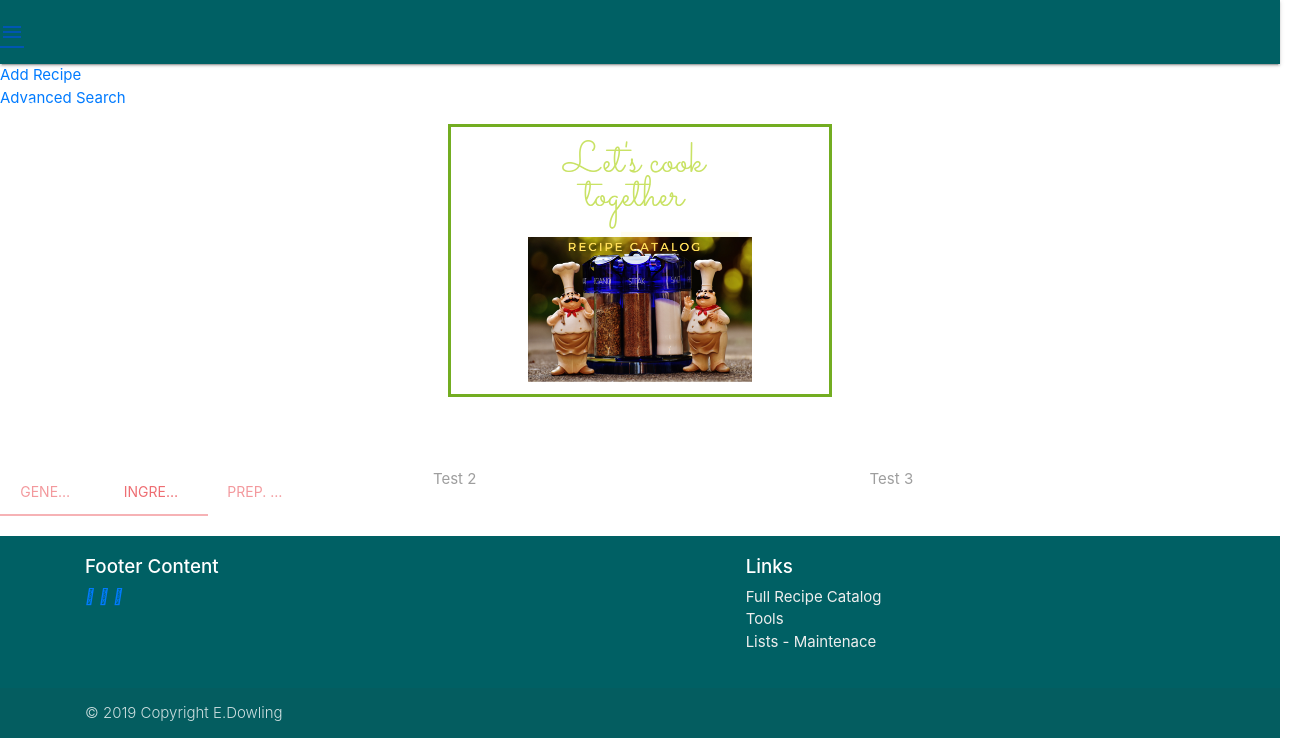
Repository: eldowling/lets-cook-together
Page: templates/recipe.html
The author's editor kept a record of every edit. The page is drawn from the files as they stood at one moment, then again after the next edit.
The browser window is 1280 px wide. The page is 1295 px wide, so the pictures cover 1295 px, including what lies to the right of the window. The pictures show the whole page.
Some web libraries are served in a nearby version. The page is served by the project's application, run on Flask 3 (app.py). The template is opened directly, without the code that normally fills it, so the values that code supplies are empty.

Above is the page before.
Console error: TypeError: $(...).collapsible is not a function

### templates/recipe.html
{% extends 'base.html'%} {% block content %}
<div class="row justify-content-center">
  <h2>{{ recipe.title }}</h2>
</div>
<div class="row">
    <div class="col s6 offset-s1">
        {{recipe.description}}
    </div>
</div>

<div class="row  grey-text">
    <div class="col s12">
      <ul class="tabs">
        <li class="tab col s3"><a href="#general">General</a></li>
        <li class="tab col s3"><a class="active" href="#ingredients">Ingredients</a></li>
        <li class="tab col s3 disabled"><a href="#test3">Prep. Steps</a></li>
      </ul>
    </div>
    <div id="general" class="col s12">Test 1</div>
    <div id="ingredients" class="col s12">Test 2</div>
    <div id="prep" class="col s12">Test 3</div>
  </div>


{% endblock %}

### templates/base.html
<!DOCTYPE html>
<html>

<head>
    <link href="https://fonts.googleapis.com/icon?family=Material+Icons" rel="stylesheet">
    <link rel="stylesheet" href="https://cdnjs.cloudflare.com/ajax/libs/materialize/0.100.2/css/materialize.min.css">
    <link rel="stylesheet" href="https://maxcdn.bootstrapcdn.com/bootstrap/4.0.0/css/bootstrap.min.css" integrity="sha384-Gn5384xqQ1aoWXA+058RXPxPg6fy4IWvTNh0E263XmFcJlSAwiGgFAW/dAiS6JXm" crossorigin="anonymous">
    <link rel="stylesheet" href="https://cdnjs.cloudflare.com/ajax/libs/font-awesome/4.7.0/css/font-awesome.min.css">
    <link rel="stylesheet" href="{{ url_for('static', filename='css/style.css') }}" type="text/css" />
</head>

<body>
    <header>
        <!-- Dropdown Structure -->
        <ul id="dropdown1" class="dropdown-content">
            <li><a href="#!">one</a></li>
            <li><a href="#!">two</a></li>
            <li class="divider"></li>
            <li><a href="#!">three</a></li>
        </ul>

        <nav>
            <div class="nav-wrapper cyan darken-4">

                <form>
                    <a href="#" data-target="mobile-demo" class="sidenav-trigger"><i class="material-icons">menu</i></a>
                    <div class="input-field inline ">
                        <input id="search" type="search" required>
                        <label class="label-icon" for="search"><i class="material-icons">search</i></label>
                        <i class="material-icons">close</i>
                    </div>
                    <ul id="nav-mobile" class="right hide-on-med-and-down">
                        <li><a href="addedit-recipe.html">Add Recipe</a></li>
                        <li><a class="dropdown-trigger" href="#!" data-target="dropdown1">Advanced Search<i class="material-icons right">arrow_drop_down</i></a></li>
                    </ul>

                </form>

            </div>
        </nav>

        <ul class="sidenav" id="mobile-demo">
            <li><a href="addedit-recipe.html">Add Recipe</a></li>
            <li><a href="badges.html">Advanced Search</a></li>
        </ul>


    </header>

    <div class="center">
            <img class="main-img" src="static/images/lets-cook-logo.png"></img>
    </div>
    <div> <BR> </div>

        {% block content %} {% endblock %}


    <footer class="page-footer cyan darken-4">
        <div class="container">
            <div class="row">
                <div class="col l6 s12">
                    <h5 class="white-text">Footer Content</h5>

                    <span class="grey-text text-lighten-4 ">
                        <a href="facebook.html"><i class="fab fa-facebook-square"></i></a>
                        <a href="twitter.html"><i class="fab fa-twitter-square"></i></a>
                        <a href="instagram.html"><i class="fab fa-instagram"></i></a>
                    </span>
                </div>
                <div class="col l4 offset-l2 s12">
                    <h5 class="white-text">Links</h5>
                    <ul>
                        <li><a class="grey-text text-lighten-3" href="{{url_for('get_catalog')}}">Full Recipe Catalog</a></li>
                        <li><a class="grey-text text-lighten-3" href="tools.html">Tools</a></li>
                        <li><a class="grey-text text-lighten-3" href="maintenance.html">Lists - Maintenace</a></li>
                    </ul>
                </div>
            </div>
        </div>
        <div class="footer-copyright">
            <div class="container">
                © 2019 Copyright E.Dowling
            </div>
        </div>
    </footer>

    <script src="https://cdnjs.cloudflare.com/ajax/libs/jquery/3.2.1/jquery.min.js"></script>
    <script src="https://cdnjs.cloudflare.com/ajax/libs/materialize/0.100.2/js/materialize.min.js"></script>
    <script src="https://code.jquery.com/jquery-3.2.1.slim.min.js" integrity="sha384-KJ3o2DKtIkvYIK3UENzmM7KCkRr/rE9/Qpg6aAZGJwFDMVNA/GpGFF93hXpG5KkN" crossorigin="anonymous"></script>
    <script src="https://cdnjs.cloudflare.com/ajax/libs/popper.js/1.12.9/umd/popper.min.js" integrity="sha384-ApNbgh9B+Y1QKtv3Rn7W3mgPxhU9K/ScQsAP7hUibX39j7fakFPskvXusvfa0b4Q" crossorigin="anonymous"></script>
    <script src="https://maxcdn.bootstrapcdn.com/bootstrap/4.0.0/js/bootstrap.min.js" integrity="sha384-JZR6Spejh4U02d8jOt6vLEHfe/JQGiRRSQQxSfFWpi1MquVdAyjUar5+76PVCmYl" crossorigin="anonymous"></script>
    <script type="text/javascript">
        $(document).ready(function() {
            $('.collapsible').collapsible();
            $('select').material_select();
            $(".button-collapse").sideNav();
            $(".dropdown-trigger").dropdown();
            $('.sidenav').sidenav();
            $('.dropdown-toggle').dropdown();
        });



    </script>
</body>
</html>

### app.py
import os
from flask import Flask, render_template, redirect, request, url_for
from flask_pymongo import PyMongo
from bson.objectid import ObjectId

app = Flask(__name__)
app.config["MONGO_DBNAME"] = 'recipie_catalog'
app.config["MONGO_URI"] = 'mongodb+srv://root:r00tUser@myfirstcluster-pwjgy.mongodb.net/recipie_catalog?retryWrites=true&w=majority'
#app.config["MONGO_URI"] = os.getenv('MONGO_URI', 'mongodb://localhost')

mongo = PyMongo(app)


@app.route('/')
#@app.route('/get_catalog/<course>')
#def get_catalog(course):
@app.route('/get_catalog')
def get_catalog():
    #if course == '':*/
        return render_template("catalog.html", recipes=mongo.db.recipes.find())
    #if course != '':
    #    return render_template("catalog.html", recipes=mongo.db.recipes.find({ "recipes.course": course }))

#@app.route('/get_catalog/<course_id>')
#def show_recipe(recipe_id):
#    course =  mongo.db.recipes.find_one({"course": ObjectId(course)})
#    all_courses =  mongo.db.categories.find()
#    return render_template('catalog.html', task=the_recipe,
#                           categories=all_categories)

@app.route('/show_recipe/<recipe_id>')
def show_recipe(recipe_id):
    the_recipe =  mongo.db.recipes.find_one({"_id": ObjectId(recipe_id)})
#    all_categories =  mongo.db.categories.find()
    return render_template('recipe.html', recipe=the_recipe)

if __name__ == '__main__':
    app.run(host=os.environ.get('IP'),
            port=int(os.environ.get('PORT')),
            debug=True)


@app.route('/filter_catalog/<course>')
def filter_catalog(course):
    return render_template("catalog.html", recipes=mongo.db.recipes.find({ "recipes.course": course }))

### static/css/style.css
.main-img {
  display: inline-block;
  vertical-align: middle;
  max-height: auto;
  max-width: 230px;
}

.center {
  margin: auto;
  min-width: 250px;
  width: 30%;
  border: 3px solid #73AD21;
  padding: 10px;
}

After the next edit:
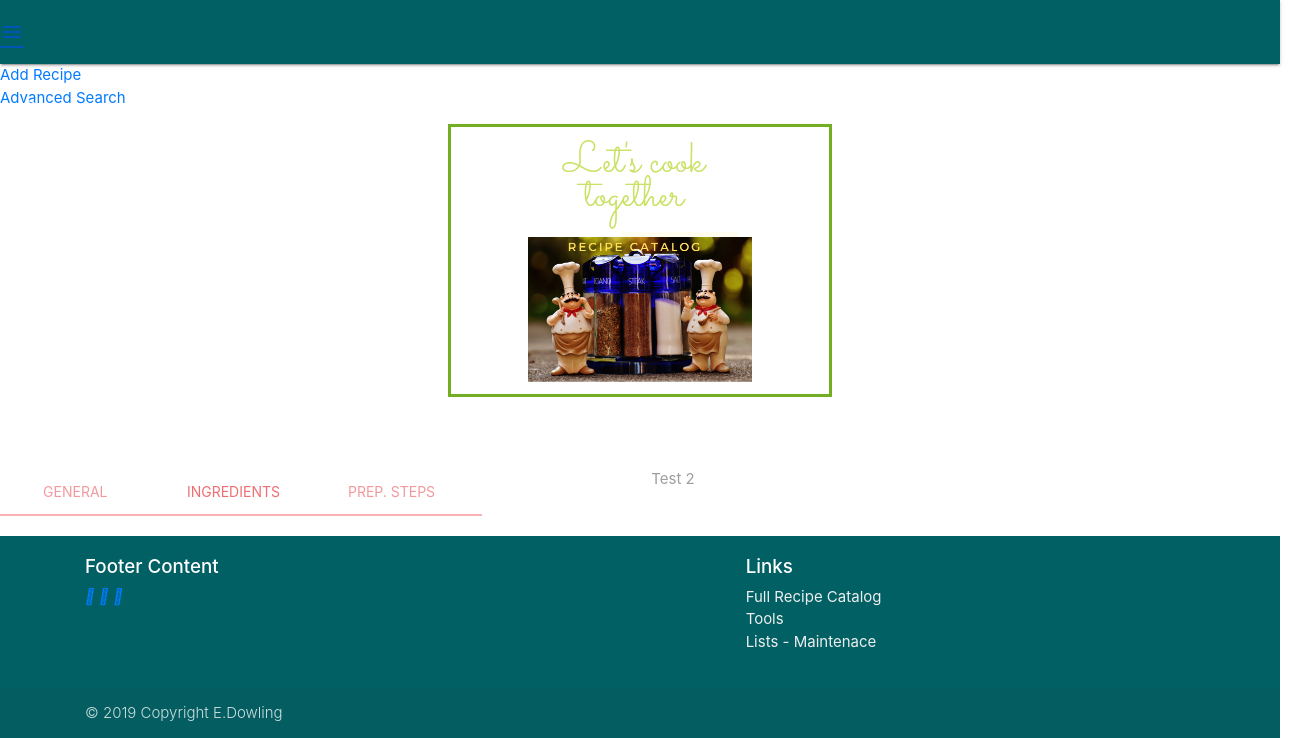
The edit:
--- a/templates/recipe.html
+++ b/templates/recipe.html
@@ -13,7 +13,7 @@
       <ul class="tabs">
         <li class="tab col s3"><a href="#general">General</a></li>
         <li class="tab col s3"><a class="active" href="#ingredients">Ingredients</a></li>
-        <li class="tab col s3 disabled"><a href="#test3">Prep. Steps</a></li>
+        <li class="tab col s3 disabled"><a href="#prep">Prep. Steps</a></li>
       </ul>
     </div>
     <div id="general" class="col s12">Test 1</div>
